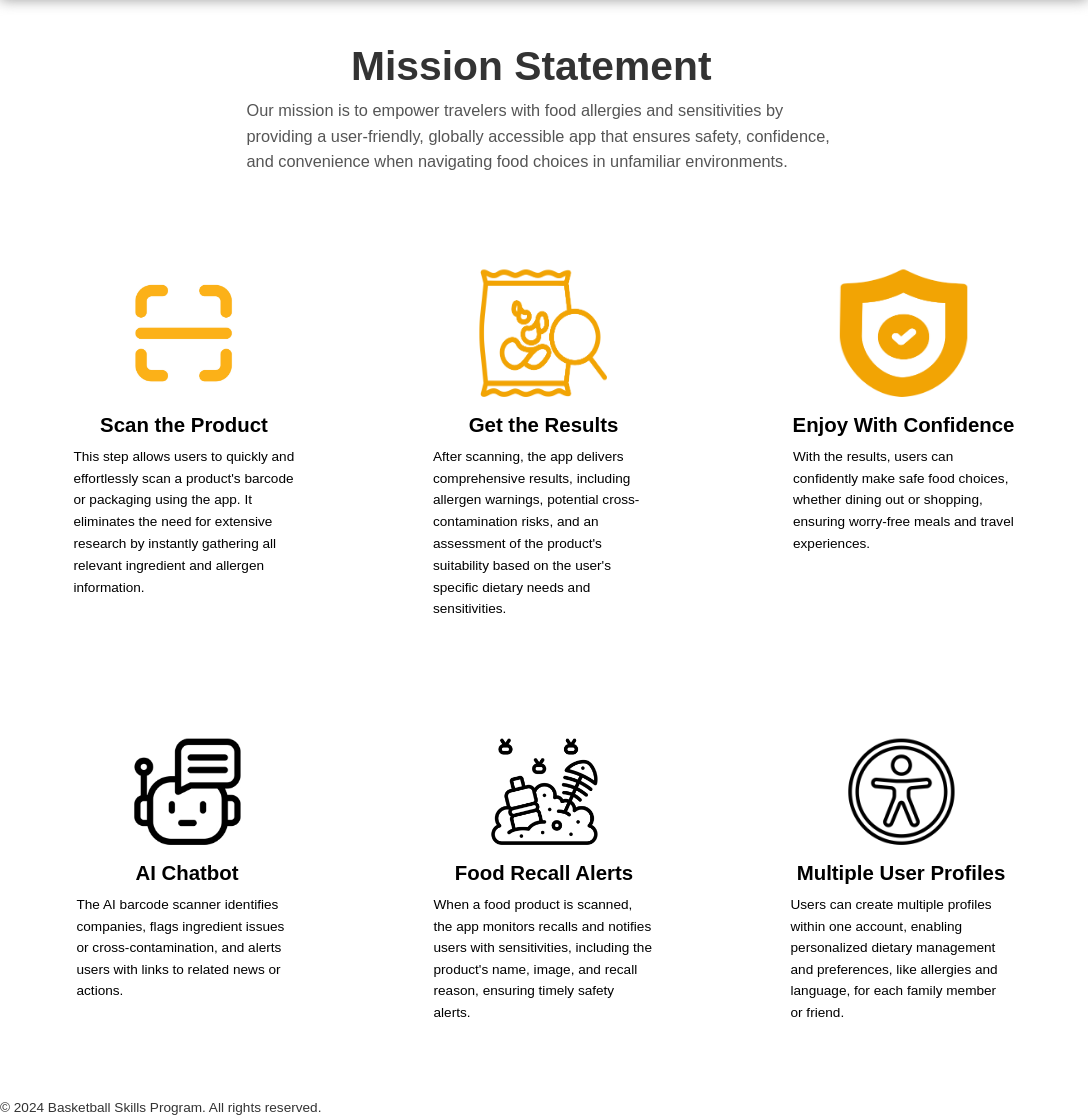
Repository: GavinPahal/landingpage
Page: /
These files come from the project's save history. The page is drawn as it stood at one moment and after the next save; the edit follows.
The browser window is 1280 px wide. The pictures show the part of the page from y = 720 to 2032 px (the page is 2032 px tall), at 85% of full size.
The project was rebuilt for these pictures with package versions that can differ from the ones it lists, and the page was loaded fresh each time. The framework's server and built-in components were replaced by stand-ins that run in the browser. Also part of the build but not shown: next.config.mjs.

Above is the page before, as saved 2024-11-28 18:06:35.

After the next save:
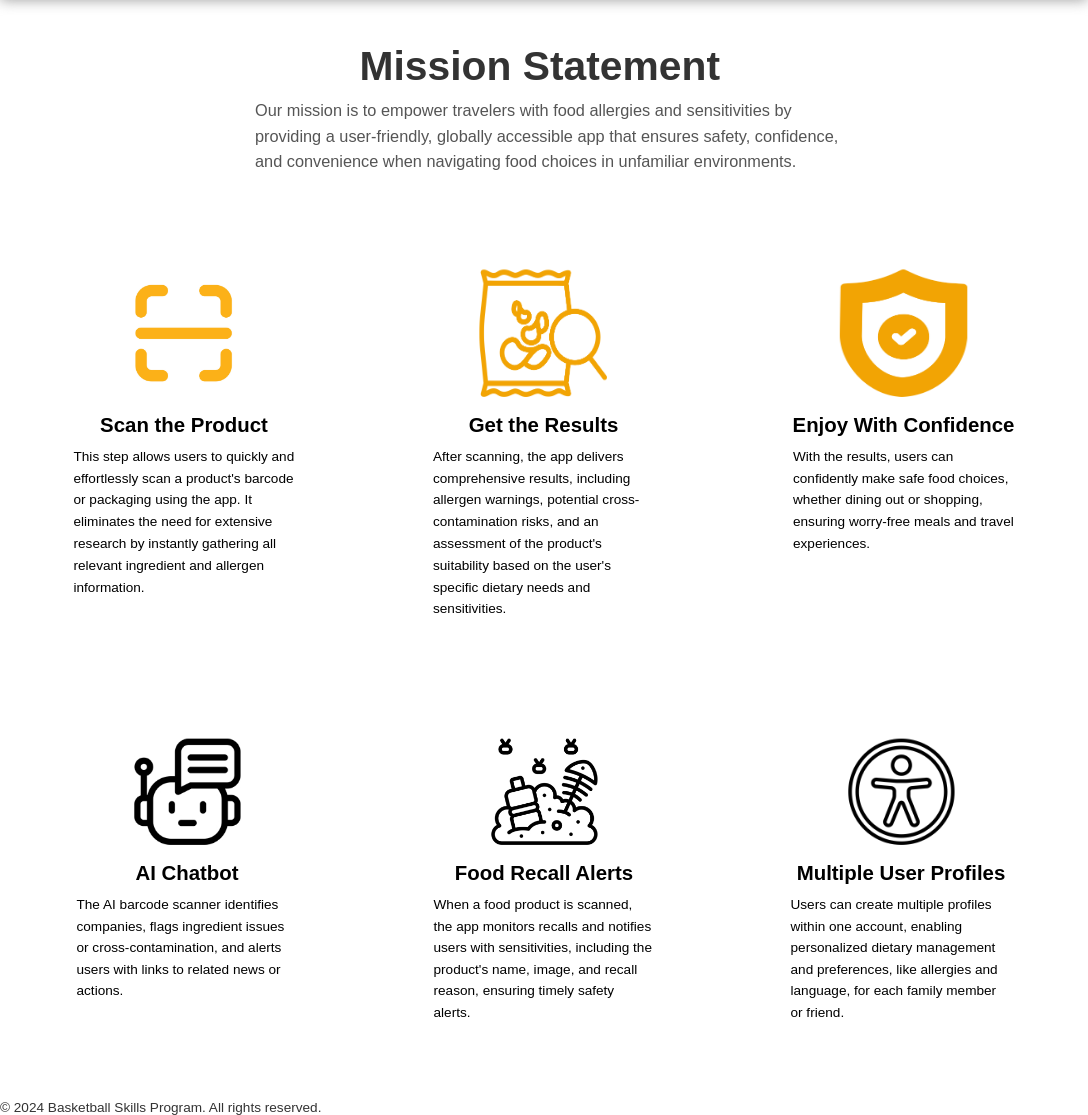
Saved 6 s later.
--- a/styles/globals.css
+++ b/styles/globals.css
@@ -244,7 +244,7 @@ body {
   text-align: center; /* Center the text */
   margin-bottom: 110px; /* Add some spacing below the mission statement */
   border-radius: 8px; /* Rounded corners */
-  padding-left: 10px;
+  padding-left: 30px;
 }
 
 .missionStatement h1 {
